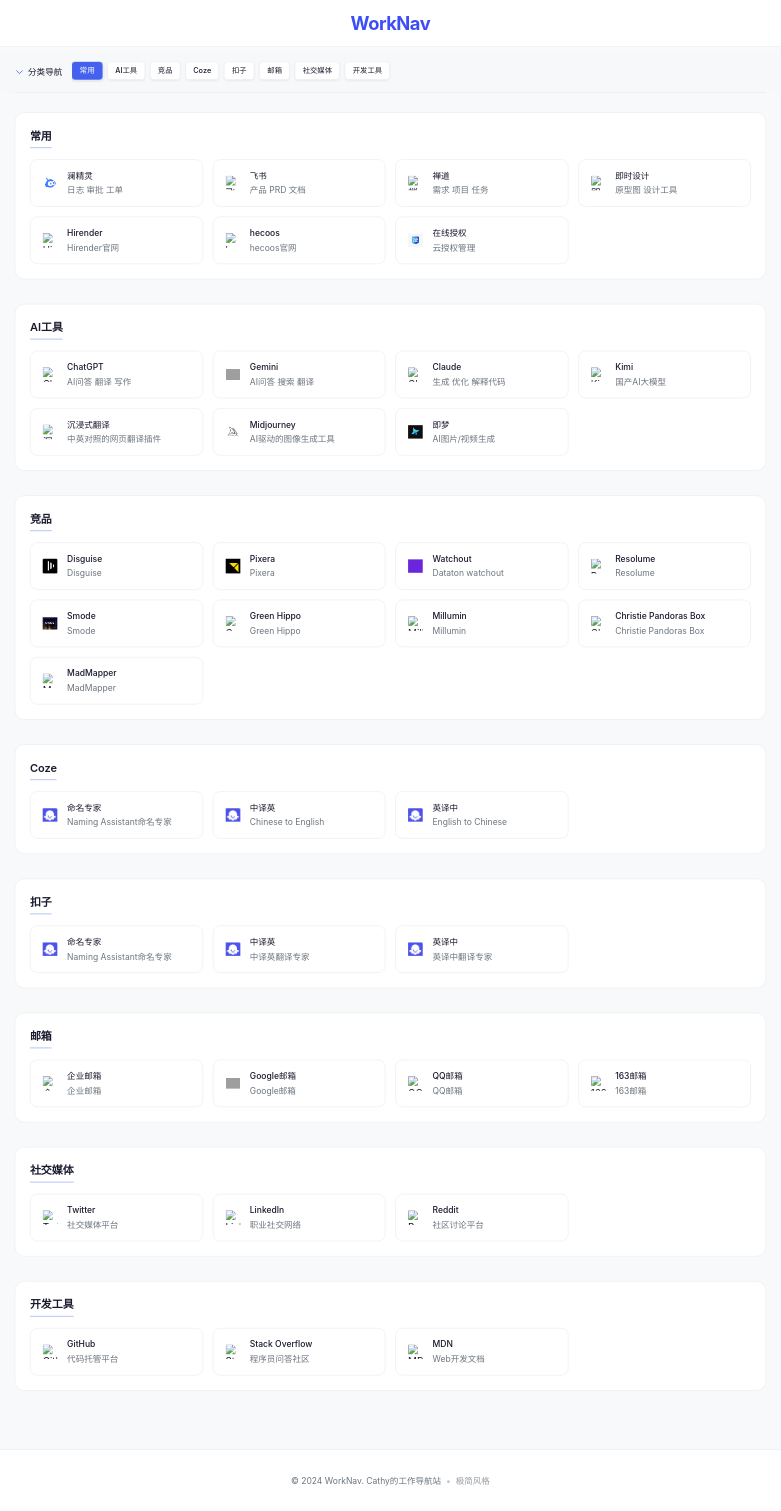
Repository: SweetPomelo0/WorkNav
Page: /
An editor plug-in stored every save of this project. The page is shown before and after the next save, followed by the edit.
The browser window is 1280 px wide. The pictures show the whole page, at 61% of full size.
Pictures or frames that could not be fetched are drawn as grey boxes. The project was rebuilt for these pictures with package versions that can differ from the ones it lists, and the page was loaded fresh each time. The framework's server and built-in components were replaced by stand-ins that run in the browser. Also part of the build but not shown: next.config.ts.

Above is the page before, as saved 2025-07-26 21:52:24.

### src/app/layout.tsx
import type { Metadata } from "next";
import { Geist, Geist_Mono } from "next/font/google";
import "./globals.css";

const geistSans = Geist({
  variable: "--font-geist-sans",
  subsets: ["latin"],
});

const geistMono = Geist_Mono({
  variable: "--font-geist-mono",
  subsets: ["latin"],
});

export const metadata: Metadata = {
  title: "WorkNav - 工作网址导航",
  description: "一个简洁的工作网址导航页面",
};

export default function RootLayout({
  children,
}: Readonly<{
  children: React.ReactNode;
}>) {
  return (
    <html lang="en">
      <body
        className={`${geistSans.variable} ${geistMono.variable} antialiased`}
      >
        {children}
      </body>
    </html>
  );
}

### src/app/page.tsx
import CategoryNavWrapper from './components/CategoryNavWrapper';

export default function Home() {
  // 定义导航分类和链接
  const categories = [
    {
      title: "常用",
      links: [
        { name: "澜精灵", url: "https://www.lanerp.com/Admin/index/index.html", desc: "日志 审批 工单", icon: "/img/lanjingling.png" },
        { name: "飞书", url: "https://enlightv.feishu.cn/wiki/D6Z1wOai9iVI4bkVlumcJprDn2e?fromScene=spaceOverview", desc: "产品 PRD 文档", icon: "https://feishu.cn/favicon.ico" },
        { name: "禅道", url: "https://enlightv.zentaopm.com/my/", desc: "需求 项目 任务", icon: "https://enlightv.zentaopm.com/favicon.ico" },
        { name: "即时设计", url: "https://js.design/recent", desc: "原型图 设计工具", icon: "https://img.js.design/assets/webImg/favicon.ico" },
        { name: "Hirender", url: "https://www.hirender.com/#/home", desc: "Hirender官网", icon: "https://www.hirender.com/favicon.ico" },
        { name: "hecoos", url: "https://www.hecoos.com/web/#/home", desc: "hecoos官网", icon: "https://www.hecoos.com/favicon.ico" },
        { name: "在线授权", url: "https://license.enlightv.com/web/", desc: "云授权管理", icon: "data:[embedded picture, 6295 characters]" },
      ]
    },
    {
      title: "AI工具",
      links: [
        { name: "ChatGPT", url: "https://chatgpt.com/", desc: "AI问答 翻译 写作", icon: "https://cdn.oaistatic.com/assets/favicon-180x180-od45eci6.webp" },
        { name: "Gemini", url: "https://gemini.google.com/app", desc: "AI问答 搜索 翻译", icon: "https://www.gstatic.com/lamda/images/gemini_sparkle_4g_512_lt_f94943af3be039176192d.png" },
        { name: "Claude", url: "https://claude.ai/", desc: "生成 优化 解释代码", icon: "https://claude.ai/favicon.ico" },
        { name: "Kimi", url: "https://www.kimi.com/", desc: "国产AI大模型", icon: "https://www.kimi.com/favicon.ico" },
        { name: "沉浸式翻译", url: "https://immersivetranslate.com/zh-Hans/?utm_source=ai-bot.cn", desc: "中英对照的网页翻译插件", icon: "https://immersivetranslate.com/favicon.ico" },
        { name: "Midjourney", url: "https://www.midjourney.com/explore?tab=video_top", desc: "AI驱动的图像生成工具", icon: "/img/mj.png" },
        { name: "即梦", url: "https://jimeng.jianying.com/ai-tool/home", desc: "AI图片/视频生成", icon: "/img/jimeng.png" }

      ]
    },
    {
      title: "竞品",
      links: [
        { name: "Disguise", url: "https://www.disguise.one/en", desc: "Disguise", icon: "/img/disguise.png" },
        { name: "Pixera", url: "https://pixera.one/zh/software/overview/", desc: "Pixera", icon: "/img/pixera.png" },
        { name: "Watchout", url: "https://www.dataton.com/", desc: "Dataton watchout", icon: "/img/watchout.png" },
        { name: "Resolume", url: "https://resolume.com/", desc: "Resolume", icon: "https://resolume.com/images/favicons/apple-touch-icon.png" },
        { name: "Smode", url: "https://www.smode.io/en/", desc: "Smode", icon: "/img/smode.png" },
        { name: "Green Hippo", url: "https://www.green-hippo.com/", desc: "Green Hippo", icon: "https://www.green-hippo.com/wp-content/themes/greenhippo/assets/icons/favicon.ico" },
        { name: "Millumin", url: "https://millumin.com/v5/index.php", desc: "Millumin", icon: "https://www.millumin.com/favicon/apple-icon-180x180.png" },
        { name: "Christie Pandoras Box", url: "https://www.christiedigital.com/products/christie-pandoras-box/", desc: "Christie Pandoras Box", icon: "https://www.christiedigital.com/apple-touch-icon.png" },
        { name: "MadMapper", url: "https://madmapper.com/madmapper/software", desc: "MadMapper", icon: "https://madmapper.com/images/favicon/apple-touch-icon.png" }

      ]
    },
    {
      title: "Coze",
      links: [
        { name: "命名专家", url: "https://www.coze.com/store/agent/7530562770308956161?bot_id=true", desc: "Naming Assistant命名专家", icon: "/img/coze.png" },
        { name: "中译英", url: "https://www.coze.com/store/agent/7530572378075152440?bot_id=true", desc: "Chinese to English", icon: "/img/coze.png" },
        { name: "英译中", url: "https://www.coze.com/store/agent/7530572202144694273?bot_id=true", desc: "English to Chinese", icon: "/img/coze.png" }
      ]
    },
    {
      title: "扣子",
      links: [
        { name: "命名专家", url: "https://www.coze.cn/store/agent/7530571775823577130?bot_id=true", desc: "Naming Assistant命名专家", icon: "/img/coze.png" },
        { name: "中译英", url: "https://www.coze.cn/store/agent/7530581452909035572?bot_id=true", desc: "中译英翻译专家", icon: "/img/coze.png" },
        { name: "英译中", url: "https://www.coze.cn/store/agent/7530581958234193970?bot_id=true", desc: "英译中翻译专家", icon: "/img/coze.png" }
      ]
    },
    {
      title: "邮箱",
      links: [
        { name: "企业邮箱", url: "https://exmail.qq.com/cgi-bin/frame_html?sid=qPUC22bEtIEF7kUt,2&sign_type=&r=586a2a390ca023395a120877ca5870f0", desc: "企业邮箱", icon: "https://exmail.qq.com/favicon.ico" },
        { name: "Google邮箱", url: "https://mail.google.com/mail/u/0/#inbox", desc: "Google邮箱", icon: "https://ssl.gstatic.com/ui/v1/icons/mail/rfr/gmail.ico" },
        { name: "QQ邮箱", url: "https://mail.qq.com/", desc: "QQ邮箱", icon: "https://mail.qq.com/favicon.ico" },
        { name: "163邮箱", url: "https://mail.163.com/", desc: "163邮箱", icon: "https://mail.163.com/favicon.ico" }
      ]
    },
    {
      title: "社交媒体",
      links: [
        { name: "Twitter", url: "https://twitter.com", desc: "社交媒体平台", icon: "https://twitter.com/favicon.ico" },
        { name: "LinkedIn", url: "https://www.linkedin.com", desc: "职业社交网络", icon: "https://www.linkedin.com/favicon.ico" },
        { name: "Reddit", url: "https://www.reddit.com", desc: "社区讨论平台", icon: "https://www.reddit.com/favicon.ico" }
      ]
    },
    {
      title: "开发工具",
      links: [
        { name: "GitHub", url: "https://github.com", desc: "代码托管平台", icon: "https://github.com/favicon.ico" },
        { name: "Stack Overflow", url: "https://stackoverflow.com", desc: "程序员问答社区", icon: "https://stackoverflow.com/favicon.ico" },
        { name: "MDN", url: "https://developer.mozilla.org", desc: "Web开发文档", icon: "https://developer.mozilla.org/favicon.ico" },
      ]
    }

  ];

  return (
    <div className="min-h-screen" style={{ background: 'var(--background)', color: 'var(--text-primary)' }}>
      {/* Header */}
      <header style={{ background: 'var(--header-bg)', borderBottom: '1px solid var(--card-border)' }}>
        <div className="max-w-7xl mx-auto px-6 py-5">
          <div className="text-center">
            <h1 className="text-3xl font-bold tracking-tight bg-clip-text text-transparent bg-gradient-to-r from-blue-600 to-indigo-600 dark:from-blue-400 dark:to-indigo-400">WorkNav</h1>
          </div>
        </div>
      </header>

      {/* Category Navigation */}
      <CategoryNavWrapper categories={categories} />

      {/* Main Content */}
       <main className="max-w-7xl mx-auto px-6 py-8">
         <div className="space-y-10">
           {categories.map((category, index) => (
             <div
               key={index}
               id={`category-${index}`}
               style={{
                 background: 'var(--card-bg)',
                 borderColor: 'var(--card-border)'
               }}
               className="rounded-2xl border p-6 transition-all duration-300 hover:shadow-lg"
             >
               <h2
                 className="text-lg font-semibold mb-6 relative inline-block"
                 style={{ color: 'var(--text-primary)' }}
               >
                 <span className="relative z-10">{category.title}</span>
                 <span
                  className="absolute bottom-0 left-0 w-full h-0.5 rounded-full opacity-30"
                  style={{ background: 'var(--accent)', transform: 'translateY(6px)' }}
                ></span>
               </h2>
               <div className="grid grid-cols-1 sm:grid-cols-2 lg:grid-cols-3 xl:grid-cols-4 gap-4">
                 {category.links.map((link, linkIndex) => (
                   <a
                     key={linkIndex}
                     href={link.url}
                     target="_blank"
                     rel="noopener noreferrer"
                     style={{
                       borderColor: 'var(--card-border)',
                       background: 'var(--card-bg)'
                     }}
                     className="block p-4 rounded-xl border hover:shadow-md transition-all duration-200 group relative"
                   >

                     <div className="flex items-center justify-between">
                       <div className="flex items-center flex-1">
                         <div className="w-8 h-8 mr-3 flex-shrink-0 flex items-center justify-center">
                           {link.icon ? (
                             <img
                               src={link.icon}
                               alt={`${link.name} icon`}
                               className="w-6 h-6 object-contain"
                             />
                           ) : (
                             <div
                               style={{ background: 'var(--card-hover)' }}
                               className="w-6 h-6 rounded-md flex items-center justify-center"
                             >
                               <span style={{ color: 'var(--text-secondary)' }} className="text-xs font-medium">
                                 {link.name.charAt(0).toUpperCase()}
                               </span>
                             </div>
                           )}
                         </div>
                         <div className="flex-1">
                           <h3
                             style={{ color: 'var(--text-primary)' }}
                             className="text-sm font-medium group-hover:text-blue-600 dark:group-hover:text-blue-400 transition-colors"
                           >
                             {link.name}
                           </h3>
                           <p
                             style={{ color: 'var(--text-secondary)' }}
                             className="text-sm mt-1"
                           >
                             {link.desc}
                           </p>
                         </div>
                       </div>

                     </div>
                   </a>
                 ))}
               </div>
             </div>
           ))}
         </div>
       </main>

      {/* Footer */}
      <footer style={{ borderTop: '1px solid var(--card-border)', background: 'var(--footer-bg)' }} className="mt-16">
        <div className="max-w-7xl mx-auto px-6 py-10">
          <div className="text-center">
            <p style={{ color: 'var(--text-secondary)' }} className="text-sm">
              © 2024 WorkNav. Cathy的工作导航站
              <span className="inline-block mx-2 opacity-50">•</span>
              <span className="opacity-70">极简风格</span>
            </p>
          </div>
        </div>
      </footer>
    </div>
  );
}

### src/app/globals.css
@import "tailwindcss";

:root {
  --background: #f8f9fa;
  --background-rgb: 248, 249, 250;
  --foreground: #1a1a2e;
  --card-bg: #ffffff;
  --card-border: #e9ecef;
  --card-hover: #f1f3f5;
  --accent: #4361ee;
  --accent-hover: #3a56d4;
  --text-primary: #1a1a2e;
  --text-secondary: #6c757d;
  --text-tertiary: #adb5bd;
  --header-bg: #ffffff;
  --header-bg-rgb: 255, 255, 255;
  --footer-bg: #ffffff;
}

@theme inline {
  --color-background: var(--background);
  --color-foreground: var(--foreground);
  --font-sans: var(--font-geist-sans);
  --font-mono: var(--font-geist-mono);
}

@media (prefers-color-scheme: dark) {
  :root {
    --background: #121212;
    --background-rgb: 18, 18, 18;
    --foreground: #f8f9fa;
    --card-bg: #1e1e1e;
    --card-border: #2d2d2d;
    --card-hover: #2a2a2a;
    --accent: #4361ee;
    --accent-hover: #5a72f0;
    --text-primary: #f8f9fa;
    --text-secondary: #adb5bd;
    --text-tertiary: #6c757d;
    --header-bg: #1a1a1a;
    --header-bg-rgb: 26, 26, 26;
    --footer-bg: #1a1a1a;
  }
}

body {
  background: var(--background);
  color: var(--foreground);
  font-family:
    "Inter",
    -apple-system,
    BlinkMacSystemFont,
    "Segoe UI",
    Roboto,
    Oxygen,
    Ubuntu,
    Cantarell,
    "Open Sans",
    "Helvetica Neue",
    sans-serif;
}

/* 平滑滚动和过渡效果 */
html {
  scroll-behavior: smooth;
}

* {
  transition:
    background-color 0.2s ease,
    border-color 0.2s ease,
    transform 0.2s ease;
}

/* 自定义滚动条 */
::-webkit-scrollbar {
  width: 8px;
  height: 8px;
}

::-webkit-scrollbar-track {
  background: transparent;
}

::-webkit-scrollbar-thumb {
  background: var(--text-tertiary);
  border-radius: 4px;
}

::-webkit-scrollbar-thumb:hover {
  background: var(--text-secondary);
}

### src/app/components/CategoryNavWrapper.tsx
'use client';

import dynamic from 'next/dynamic';

// 动态导入客户端组件
const CategoryNav = dynamic(() => import('./CategoryNav'));

interface Category {
  title: string;
  links: {
    name: string;
    url: string;
    desc: string;
    icon: string;
  }[];
}

interface CategoryNavWrapperProps {
  categories: Category[];
}

export default function CategoryNavWrapper({ categories }: CategoryNavWrapperProps) {
  return <CategoryNav categories={categories} />;
}

### src/app/components/CategoryNav.tsx
'use client';

import { useState, useEffect, useRef } from 'react';

interface Category {
  title: string;
  links: {
    name: string;
    url: string;
    desc: string;
    icon: string;
  }[];
}

interface CategoryNavProps {
  categories: Category[];
}

export default function CategoryNav({ categories }: CategoryNavProps) {
  const [activeCategory, setActiveCategory] = useState<number>(0); // 默认选中第一个分类
  const scrollingToSection = useRef(false);

  // 处理点击分类导航的事件
  const handleCategoryClick = (index: number) => {
    setActiveCategory(index);
    scrollingToSection.current = true;

    const element = document.getElementById(`category-${index}`);
    if (element) {
      // 平滑滚动到对应的分类内容区域
      element.scrollIntoView({ behavior: 'smooth' });

      // 滚动完成后重置标志
      setTimeout(() => {
        scrollingToSection.current = false;
      }, 1000); // 假设滚动动画在1秒内完成
    }
  };

  // 监听滚动事件，根据当前视口位置更新活跃分类
  useEffect(() => {
    const handleScroll = () => {
      // 如果正在通过点击导航进行滚动，则不更新活跃分类
      if (scrollingToSection.current) return;

      const categoryElements = categories.map((_, index) =>
        document.getElementById(`category-${index}`)
      );

      // 计算每个分类区域的可见度
      const visibilityScores = categoryElements.map(element => {
        if (!element) return 0;

        const rect = element.getBoundingClientRect();
        const windowHeight = window.innerHeight;

        // 如果元素不在视口中，返回0
        if (rect.bottom < 0 || rect.top > windowHeight) return 0;

        // 计算元素在视口中的可见部分
        const visibleTop = Math.max(0, rect.top);
        const visibleBottom = Math.min(windowHeight, rect.bottom);
        const visibleHeight = visibleBottom - visibleTop;

        // 计算可见度得分（可见高度 / 元素总高度）
        return visibleHeight / rect.height;
      });

      // 找出可见度最高的分类
      let maxVisibilityIndex = 0;
      let maxVisibility = visibilityScores[0];

      for (let i = 1; i < visibilityScores.length; i++) {
        if (visibilityScores[i] > maxVisibility) {
          maxVisibility = visibilityScores[i];
          maxVisibilityIndex = i;
        }
      }

      // 只有当可见度超过一定阈值时才更新活跃分类
      if (maxVisibility > 0.1) {
        setActiveCategory(maxVisibilityIndex);
      }
    };

    // 初始化时执行一次
    handleScroll();

    window.addEventListener('scroll', handleScroll);
    return () => window.removeEventListener('scroll', handleScroll);
  }, [categories]);

  return (
    <div className="mt-3" style={{ background: 'rgba(var(--background-rgb), 0.9)' }}>
      <div className="max-w-7xl mx-auto px-6 py-3 overflow-x-auto">
        <div className="flex items-center">
          <div className="flex-shrink-0 mr-4">
            <div className="flex items-center">
              <svg xmlns="http://www.w3.org/2000/svg" className="h-4 w-4 mr-1.5" fill="none" viewBox="0 0 24 24" stroke="currentColor" style={{ color: 'var(--accent)' }}>
                <path strokeLinecap="round" strokeLinejoin="round" strokeWidth={2} d="M19 9l-7 7-7-7" />
              </svg>
              <span className="text-sm font-medium" style={{ color: 'var(--text-primary)' }}>分类导航</span>
            </div>
          </div>
          <div className="flex space-x-2 overflow-x-auto pb-1 scrollbar-thin flex-grow">
            {categories.map((category, index) => (
              <button
                key={index}
                className={`text-xs font-medium whitespace-nowrap px-3 py-1.5 rounded-md transition-all duration-300 hover:scale-105 hover:shadow-md flex-shrink-0 ${activeCategory === index ? 'scale-105' : ''}`}
                style={{
                  background: activeCategory === index ? 'var(--accent)' : 'var(--card-bg)',
                  border: '1px solid var(--card-border)',
                  boxShadow: activeCategory === index ? '0 2px 8px rgba(0,0,0,0.1)' : '0 2px 4px rgba(0,0,0,0.05)',
                  color: activeCategory === index ? '#ffffff' : 'var(--text-primary)'
                }}
                onClick={() => handleCategoryClick(index)}
              >
                {category.title}
              </button>
            ))}
          </div>
        </div>
      </div>
      <div className="max-w-7xl mx-auto px-6">
        <div className="border-b border-solid w-full mt-1" style={{ borderColor: 'var(--card-border)' }}></div>
      </div>
    </div>
  );
}

After the next save:
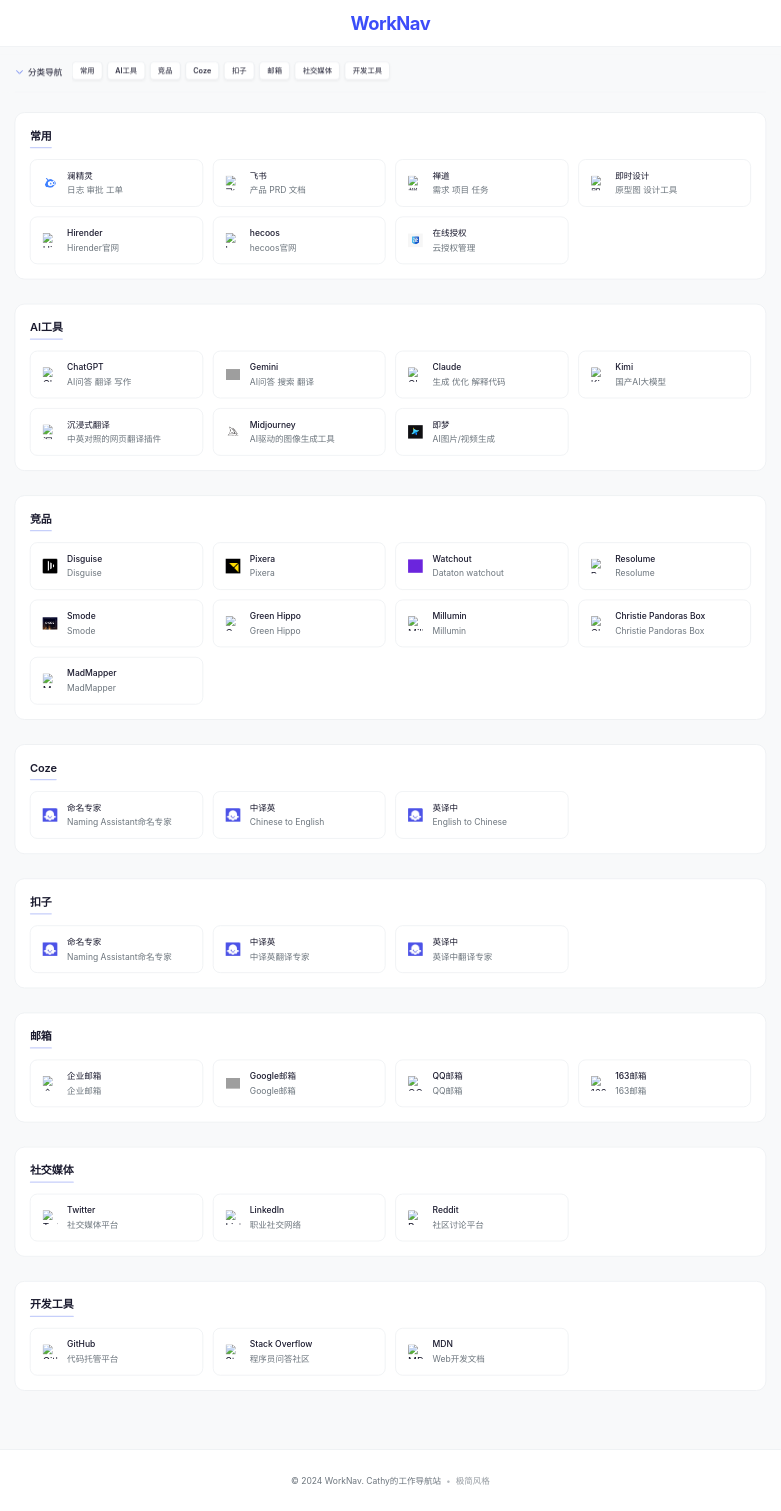
Saved 90 s later.
--- a/src/app/page.tsx
+++ b/src/app/page.tsx
@@ -1,5 +1,3 @@
-import CategoryNavWrapper from './components/CategoryNavWrapper';
-
 export default function Home() {
   // 定义导航分类和链接
   const categories = [
@@ -99,7 +97,40 @@
       </header>
 
       {/* Category Navigation */}
-      <CategoryNavWrapper categories={categories} />
+      <div className="sticky top-0 z-10 mt-3" style={{ background: 'rgba(var(--background-rgb), 0.9)', backdropFilter: 'blur(10px)' }}>
+        <div className="max-w-7xl mx-auto px-6 py-3 overflow-x-auto">
+          <div className="flex items-center">
+            <div className="flex-shrink-0 mr-4">
+              <div className="flex items-center">
+                <svg xmlns="http://www.w3.org/2000/svg" className="h-4 w-4 mr-1.5" fill="none" viewBox="0 0 24 24" stroke="currentColor" style={{ color: 'var(--accent)' }}>
+                  <path strokeLinecap="round" strokeLinejoin="round" strokeWidth={2} d="M19 9l-7 7-7-7" />
+                </svg>
+                <span className="text-sm font-medium" style={{ color: 'var(--text-primary)' }}>分类导航</span>
+              </div>
+            </div>
+            <div className="flex space-x-2 overflow-x-auto pb-1 scrollbar-thin flex-grow">
+              {categories.map((category, index) => (
+                <a
+                  key={index}
+                  href={`#category-${index}`}
+                  className="text-xs font-medium whitespace-nowrap px-3 py-1.5 rounded-md transition-all duration-300 hover:scale-105 hover:shadow-md hover:bg-opacity-90 flex-shrink-0"
+                  style={{
+                    background: 'var(--card-bg)',
+                    border: '1px solid var(--card-border)',
+                    boxShadow: '0 2px 4px rgba(0,0,0,0.05)',
+                    color: 'var(--text-primary)'
+                  }}
+                >
+                  {category.title}
+                </a>
+              ))}
+            </div>
+          </div>
+        </div>
+        <div className="max-w-7xl mx-auto px-6">
+          <div className="border-b border-solid w-full mt-1" style={{ borderColor: 'var(--card-border)' }}></div>
+        </div>
+      </div>
 
       {/* Main Content */}
        <main className="max-w-7xl mx-auto px-6 py-8">
